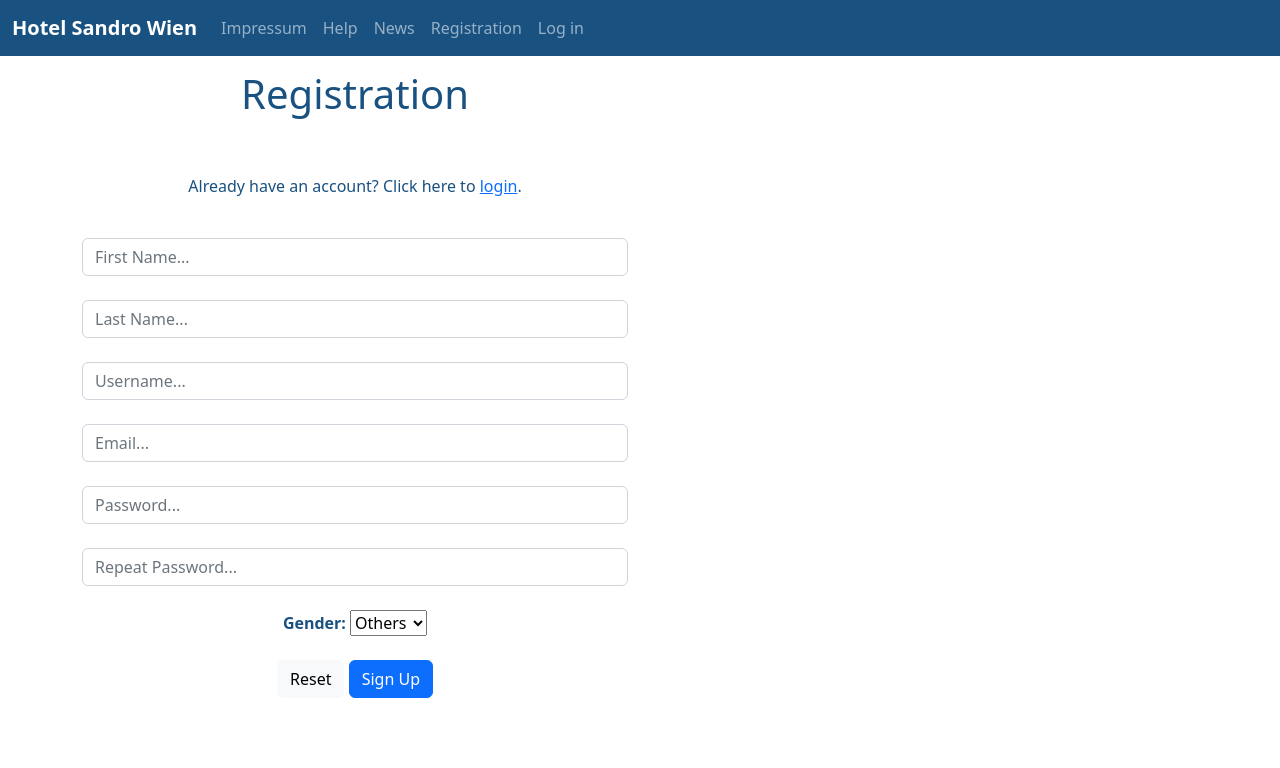
Repository: TIS0N/Hotel_Sandro
Page: http://localhost/pages/registration.php
The author's editor kept a copy of each file at every save. The page is drawn from the files as they stood at one save, then again after the next save.
The browser window is 1280 px wide. The pictures show the whole page.
The page is run by PHP 8.4 with error messages shown; the project is at /var/www/html/.

Above is the page before, as saved 2023-01-16 00:40:24.

### pages/registration.php
<!DOCTYPE html>
<html lang="en">
<head>
    <meta charset="UTF-8">
    <meta http-equiv="X-UA-Compatible" content="IE=edge">
    <meta name="viewport" content="width=device-width, initial-scale=1.0">
    <link href="https://cdn.jsdelivr.net/npm/bootstrap@5.2.2/dist/css/bootstrap.min.css" rel="stylesheet" integrity="sha384-Zenh87qX5JnK2Jl0vWa8Ck2rdkQ2Bzep5IDxbcnCeuOxjzrPF/et3URy9Bv1WTRi" crossorigin="anonymous">
    <script src="https://cdn.jsdelivr.net/npm/bootstrap@5.2.2/dist/js/bootstrap.bundle.min.js" integrity="sha384-OERcA2EqjJCMA+/3y+gxIOqMEjwtxJY7qPCqsdltbNJuaOe923+mo//f6V8Qbsw3" crossorigin="anonymous"></script>
    <link rel="stylesheet" href="../res/css/stylesheet.css"/>
    <title>Hotel Sandro Wien - Sign In</title>
</head>
<body id="body">

<?php
include "../inc/navigation.php";
?>
<!--
    <h1>Registration</h1><br>

    <section class="signup-form">
            <form id="registration-form" action="../inc/signup.inc.php" method="post">
                <input type="text" class="form-control" name="fname" placeholder="First Name..."></br>
                <input type="text" class="form-control" name="lname" placeholder="Last Name..."></br>
                <input type="text" class="form-control" name="usersUid" placeholder="Username..."></br>
                <input type="email" class="form-control" name="email" placeholder="Email..."></br>
                <input type="password" class="form-control" name="pwd" placeholder="Password..."></br>
                <input type="password" class="form-control" name="password2" placeholder="Repeat Password..."></br>

                <strong>Gender:</strong>
                <select name="gender">
                    <option value="others">Others</option>
                    <option value="male">Male</option>
                    <option value="female">Female</option>
                </select><br><br>
                <button class="btn btn-light" type="reset" name="reset">Reset</button>
                <button class="btn btn-primary" type="submit" name="submit">Sign Up</button>
            </form>
-->
            <?php
                if(isset($_GET["error"])){
                    if($_GET["error"] == "emptyinput"){
                        echo "<p>Fill in all fields</p>";
                    } else if($_GET["error"] == "invalidemail"){
                        echo "<p>Email not found!</p>";
                    }else if($_GET["error"] == "passwordsnotmatch"){
                        echo "<p>Passwords dont match!</p>";
                    }else if($_GET["error"] == "Emailexists"){
                        echo "<p>User with this e-mail already exists!</p>";
                    }else if($_GET["error"] == "statementfailed"){
                        echo "<p>Something went wrong. Try again!</p>";
                    }else if($_GET["error"] == "None") {
                        echo "<p>User signed up!</p>";
                }
                }
            ?>
<!--
            <br><p>Already have an account? Click here to <a href="login.php">login</a>.</p>
-->
    </section>

    <div class="container text-center" id="impressum">
        <div class="row align-items-end">
            <div class="col-12 col-md-6">
                <h1>Registration</h1><br>
                <br><p>Already have an account? Click here to <a href="login.php">login</a>.</p><br>
                <section class="signup-form">
                    <form id="registration-form" action="../inc/signup.inc.php" method="post">
                        <input type="text" class="form-control" name="fname" placeholder="First Name..."></br>
                        <input type="text" class="form-control" name="lname" placeholder="Last Name..."></br>
                        <input type="text" class="form-control" name="usersUid" placeholder="Username..."></br>
                        <input type="email" class="form-control" name="email" placeholder="Email..."></br>
                        <input type="password" class="form-control" name="pwd" placeholder="Password..."></br>
                        <input type="password" class="form-control" name="password2" placeholder="Repeat Password..."></br>

                        <strong>Gender:</strong>
                        <select name="gender">
                            <option value="others">Others</option>
                            <option value="male">Male</option>
                            <option value="female">Female</option>
                        </select><br><br>

                        <button class="btn btn-light" type="reset" name="reset">Reset</button>
                        <button class="btn btn-primary" type="submit" name="submit">Sign Up</button>
                    </form>

                    <?php
                        if(isset($_GET["error"])){
                            if($_GET["error"] == "emptyinput"){
                                echo "<p>Fill in all fields</p>";
                            } else if($_GET["error"] == "invalidemail"){
                                echo "<p>Email not found!</p>";
                            }else if($_GET["error"] == "passwordsnotmatch"){
                                echo "<p>Passwords dont match!</p>";
                            }else if($_GET["error"] == "Emailexists"){
                                echo "<p>User with this e-mail already exists!</p>";
                            }else if($_GET["error"] == "statementfailed"){
                                echo "<p>Something went wrong. Try again!</p>";
                            }else if($_GET["error"] == "None") {
                                echo "<p>User signed up!</p>";
                            }
                        }
                    ?>
<!--
                    <br><p>Already have an account? Click here to <a href="login.php">login</a>.</p>
-->
                </section>
            </div>
        </div>
    </div>







<?php
include "footer.php";
?>

</body>
</html>

### inc/navigation.php
<?php
    if(file_exists("./index.php")){
        $includePath = ".";
    }
    else{
        $includePath = "..";
    }

    include_once "$includePath/config/dbaccess.php";
?>

<div id="navBar">
        <nav class="navbar fixed-top navbar-expand-lg navbar-dark" style="background-color: #195181;">
            <div class="container-fluid">
                <a class="navbar-brand" href= <?php echo "$includePath/index.php"?> style="color: rgb(255, 255, 255);"><strong>Hotel Sandro Wien</strong></a>
                <button class="navbar-toggler" type="button" data-bs-toggle="collapse" data-bs-target="#navbarNav" aria-controls="navbarNav" aria-expanded="false" aria-label="Toggle navigation">
                    <span class="navbar-toggler-icon"></span>
                </button>
                <div class="collapse navbar-collapse" id="navbarNav">
                    <ul class="navbar-nav">
                        <li class="nav-item">
                            <a class="nav-link"href= <?php echo "$includePath/pages/impressum.php"?> class="navbar-brand">Impressum</a>
                        </li>
                        <li class="nav-item">
                            <a class="nav-link" href=<?php echo "$includePath/pages/help.php"?> class="navbar-brand">Help</a>
                        </li>
                        <li class="nav-item">
                            <a class="nav-link" href=<?php echo "$includePath/pages/news.php"?> class="navbar-brand">News</a>
                        </li>

                        <?php
                        if(isset($_SESSION["useruid"])){
                            $userID = "SELECT id FROM users";
                            echo "<li class='nav-item'><a class='nav-link' href=" . "$includePath/pages/profile.php" . " class='navbar-brand'>Profile</a></li>";
                            echo "<li class='nav-item'><a class='nav-link' href=" . "$includePath/inc/logout.inc.php" . " class='navbar-brand'>Log out</a></li>";
                        }else{
                            echo "<li class='nav-item'><a class='nav-link' href=" . "$includePath/pages/registration.php" . " class='navbar-brand'>Registration</a></li>";
                            echo "<li class='nav-item'><a class='nav-link' href=" . "$includePath/pages/login.php" . " class='navbar-brand'>Log in</a></li>";
                        }
                        ?>

                    </ul>
                </div>
            </div>
        </nav>
    </div>

### config/dbaccess.php
<?php
    $host = "localhost";
    $username = "root";
    $password = "";
    $database = "hotelsandrodb";

    $conn=mysqli_connect($host, $username, $password, $database);

    if(!$conn){
        die("Connection failed: ".mysqli_connect_error());
    }
?>

### pages/footer.php
<footer class="bg text-white text-center justify-content-center fixed-bottom" style="color:#195181;">
      <div class="container">
        <p class="lead">Copyright &copy; 2022 Hotel Sandro Wien</p>

        <a href="index.php" class="position-absolute bottom-0 end-0 p-5">
          <i class="bi bi-arrow-up-circle h1"></i>
        </a>
      </div>
    </footer>

### res/css/stylesheet.css
body{
    /*background-color: rgb(63, 72, 84);*/
    background-color: white;
    color: #195181;
    padding-top: 70px;
    padding-bottom: 70px;
    text-align: center;
    /*font-family: cursive;*/
}

#hotelSandroPhoto{
    width: 600px;
    max-width: 100%;
    aspect-ratio: 4/3;
}

#formular{
    background-color: #195181;
    /*border-radius: 10px;*/
    border-color: rgb(255, 255, 255);
    border-style: double;
}

table{
    font-family: arial, sans-serif;
  border-collapse: collapse;
  width: 100%;
}

td, th {
  border: 1px solid #dddddd;
  text-align: left;
  padding: 8px;
}

tr:nth-child(even) {
  background-color: #dddddd;
}
/*
#registration-form{
    padding-left: 600px;
    padding-right: 600px;

}
*/

After the next save:
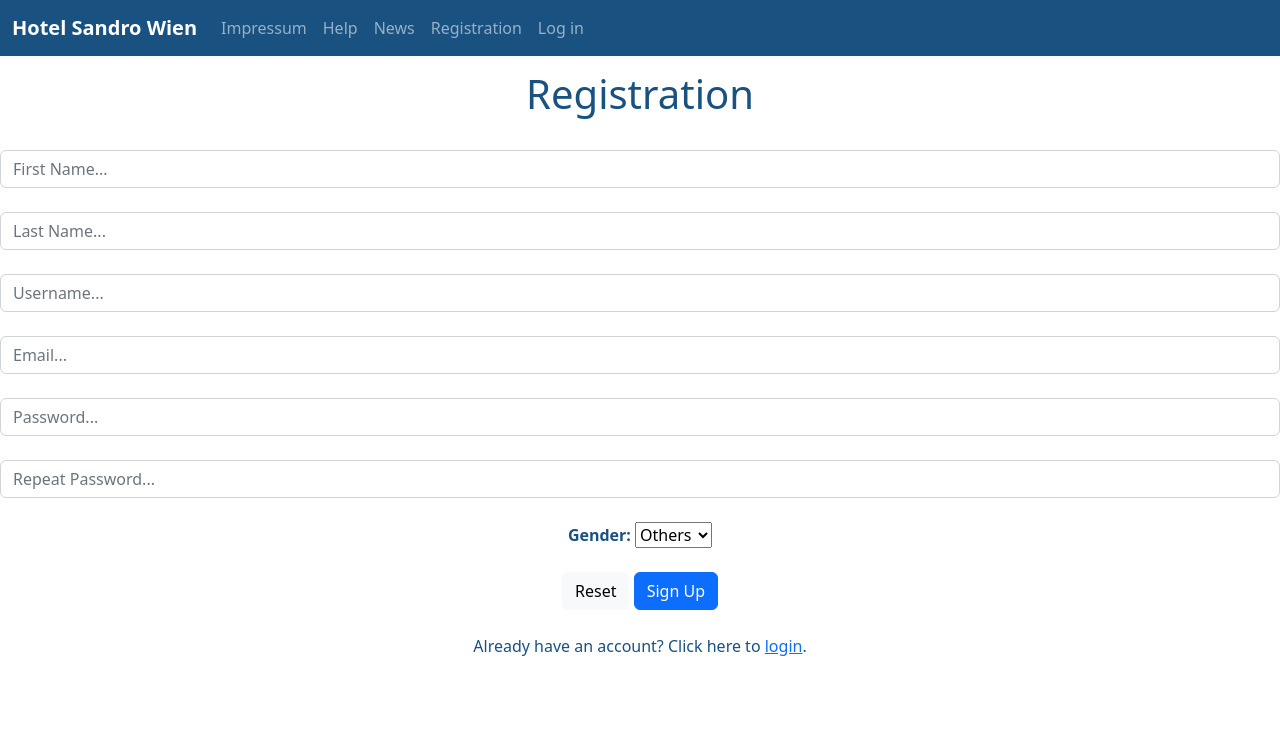
Saved 70 s later.
--- a/pages/registration.php
+++ b/pages/registration.php
@@ -14,10 +14,11 @@
 <?php
 include "../inc/navigation.php";
 ?>
-<!--
+
     <h1>Registration</h1><br>
 
     <section class="signup-form">
+            <!--<h2>Sign Up</h2>-->
             <form id="registration-form" action="../inc/signup.inc.php" method="post">
                 <input type="text" class="form-control" name="fname" placeholder="First Name..."></br>
                 <input type="text" class="form-control" name="lname" placeholder="Last Name..."></br>
@@ -35,7 +36,7 @@ include "../inc/navigation.php";
                 <button class="btn btn-light" type="reset" name="reset">Reset</button>
                 <button class="btn btn-primary" type="submit" name="submit">Sign Up</button>
             </form>
--->
+
             <?php
                 if(isset($_GET["error"])){
                     if($_GET["error"] == "emptyinput"){
@@ -53,66 +54,10 @@ include "../inc/navigation.php";
                 }
                 }
             ?>
-<!--
+
             <br><p>Already have an account? Click here to <a href="login.php">login</a>.</p>
--->
+
     </section>
-
-    <div class="container text-center" id="impressum">
-        <div class="row align-items-end">
-            <div class="col-12 col-md-6">
-                <h1>Registration</h1><br>
-                <br><p>Already have an account? Click here to <a href="login.php">login</a>.</p><br>
-                <section class="signup-form">
-                    <form id="registration-form" action="../inc/signup.inc.php" method="post">
-                        <input type="text" class="form-control" name="fname" placeholder="First Name..."></br>
-                        <input type="text" class="form-control" name="lname" placeholder="Last Name..."></br>
-                        <input type="text" class="form-control" name="usersUid" placeholder="Username..."></br>
-                        <input type="email" class="form-control" name="email" placeholder="Email..."></br>
-                        <input type="password" class="form-control" name="pwd" placeholder="Password..."></br>
-                        <input type="password" class="form-control" name="password2" placeholder="Repeat Password..."></br>
-
-                        <strong>Gender:</strong>
-                        <select name="gender">
-                            <option value="others">Others</option>
-                            <option value="male">Male</option>
-                            <option value="female">Female</option>
-                        </select><br><br>
-
-                        <button class="btn btn-light" type="reset" name="reset">Reset</button>
-                        <button class="btn btn-primary" type="submit" name="submit">Sign Up</button>
-                    </form>
-
-                    <?php
-                        if(isset($_GET["error"])){
-                            if($_GET["error"] == "emptyinput"){
-                                echo "<p>Fill in all fields</p>";
-                            } else if($_GET["error"] == "invalidemail"){
-                                echo "<p>Email not found!</p>";
-                            }else if($_GET["error"] == "passwordsnotmatch"){
-                                echo "<p>Passwords dont match!</p>";
-                            }else if($_GET["error"] == "Emailexists"){
-                                echo "<p>User with this e-mail already exists!</p>";
-                            }else if($_GET["error"] == "statementfailed"){
-                                echo "<p>Something went wrong. Try again!</p>";
-                            }else if($_GET["error"] == "None") {
-                                echo "<p>User signed up!</p>";
-                            }
-                        }
-                    ?>
-<!--
-                    <br><p>Already have an account? Click here to <a href="login.php">login</a>.</p>
--->
-                </section>
-            </div>
-        </div>
-    </div>
-
-
-
-
-
-
 
 <?php
 include "footer.php";
